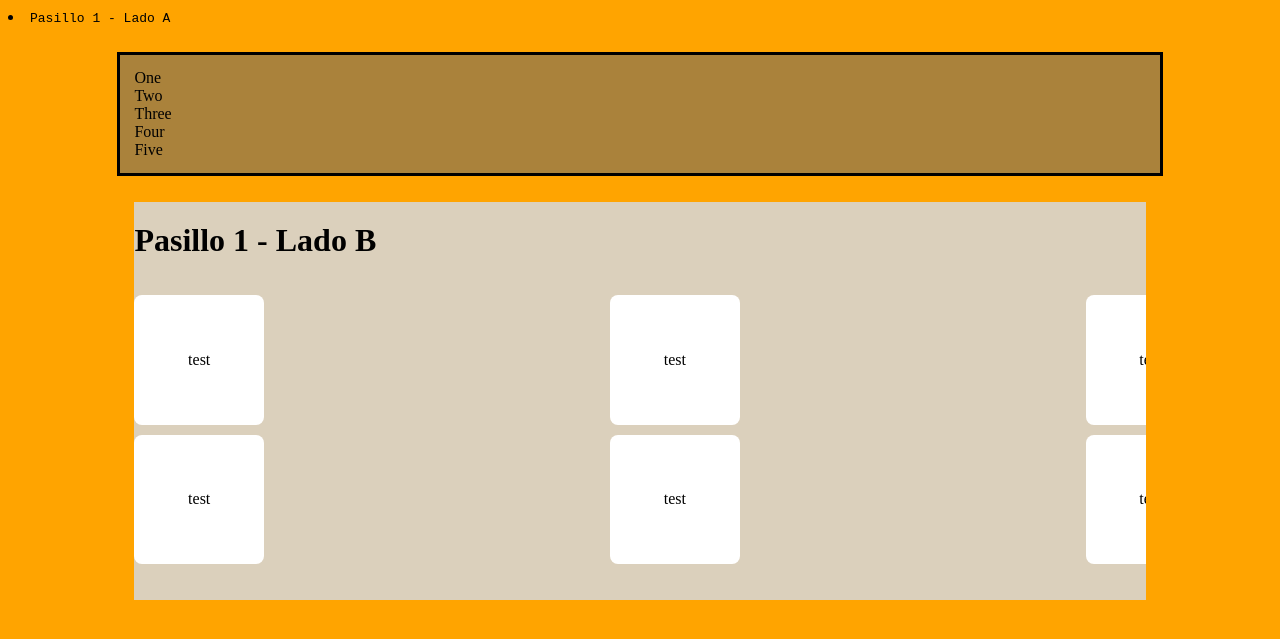
Repository: Franzcod/DepoStock_Web
Page: index.html
The author's editor kept a copy of each file at every save. The page is drawn from the files as they stood at one save, then again after the next save.
The browser window is 1280 px wide. The pictures show the whole page.

Above is the page before, as saved 2020-06-07 02:40:42.
Console error: ReferenceError: ur is not defined

After the next save:
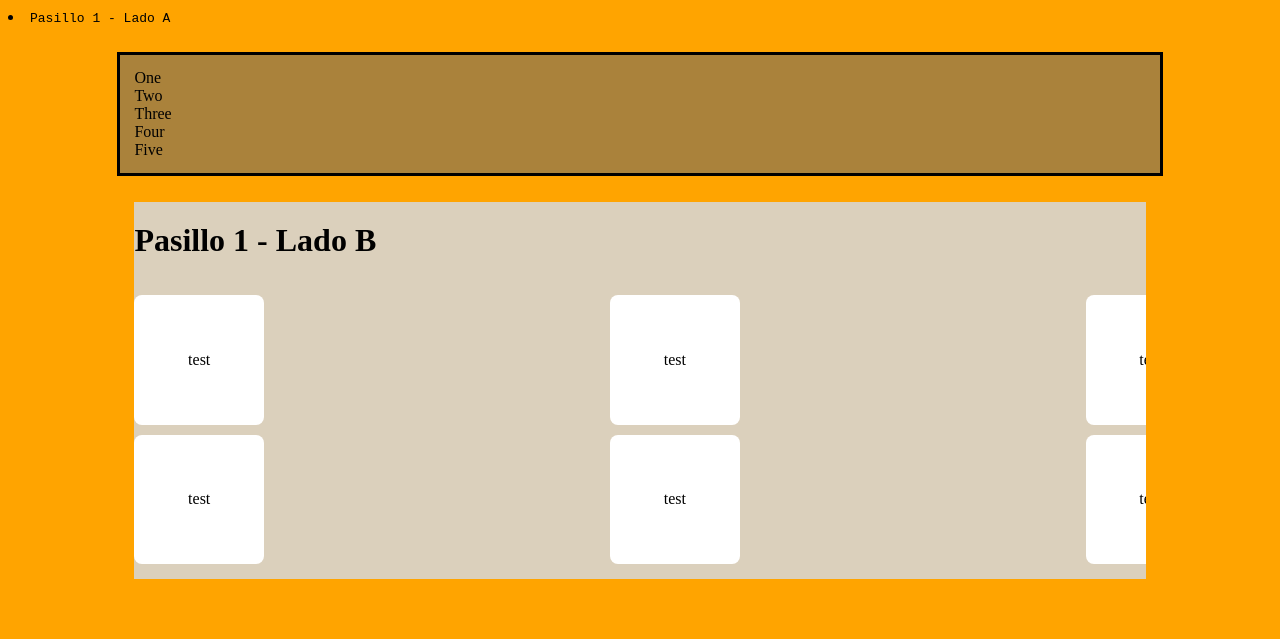
Saved 14 s later.
--- a/estilo/estilo.css
+++ b/estilo/estilo.css
@@ -41,8 +41,8 @@ grid-template-rows: minmax(7vw, 1fr);
 
 overflow-x: scroll;
 /* scroll-snap-type: x proximity; */
-/* padding-bottom: calc(.75 * var(--gutter));
-margin-bottom: calc(-.25 * var(--gutter)); */
+/* padding-bottom: calc(.75 * var(--gutter));*/
+margin-bottom: calc(-.25 * var(--gutter));
 /* width: 7vw; */
 }
 
